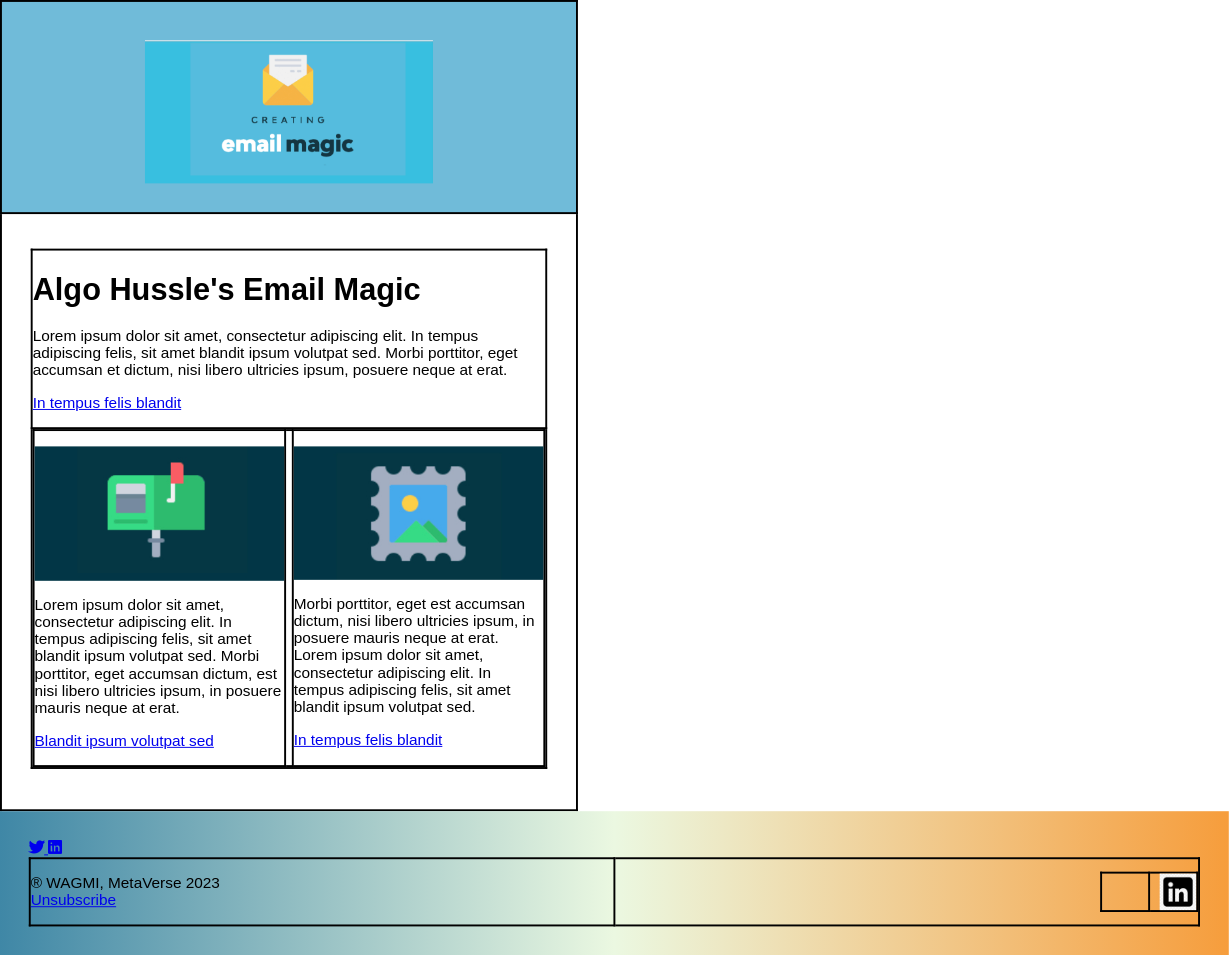
Repository: MikeeBuilds/email-template
Page: index.html
An editor plug-in stored every save of this project. The page is shown before and after the next save, followed by the edit.
The browser window is 1280 px wide. The pictures show the whole page, at 96% of full size.
Some web libraries are served in a nearby version.

Above is the page before, as saved 2022-11-25 13:54:18.

After the next save:
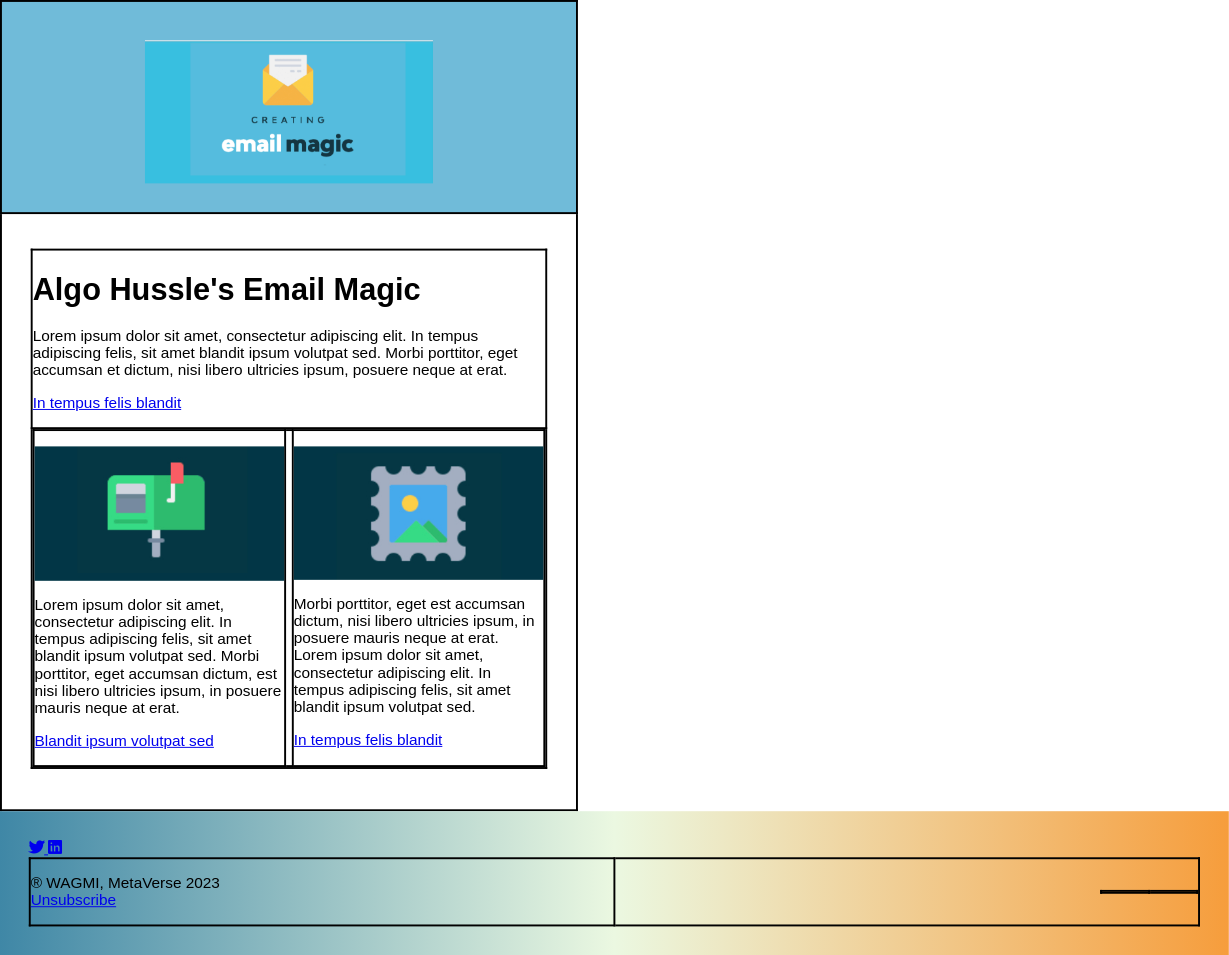
Saved 25 s later.
--- a/index.html
+++ b/index.html
@@ -87,7 +87,7 @@
 
                                 </td>
                                 <td style="padding:0 0 0 10px;width:38px;">
-                                    <a href="http://www.linkedin.com/in/mike-woods-51b3b2257"><img src="images/linkedin.png" alt="Facebook" width="38" style="height:auto;display:block;border:0;" /></a>
+
                                 </td>
                             </tr>
                         </table>
